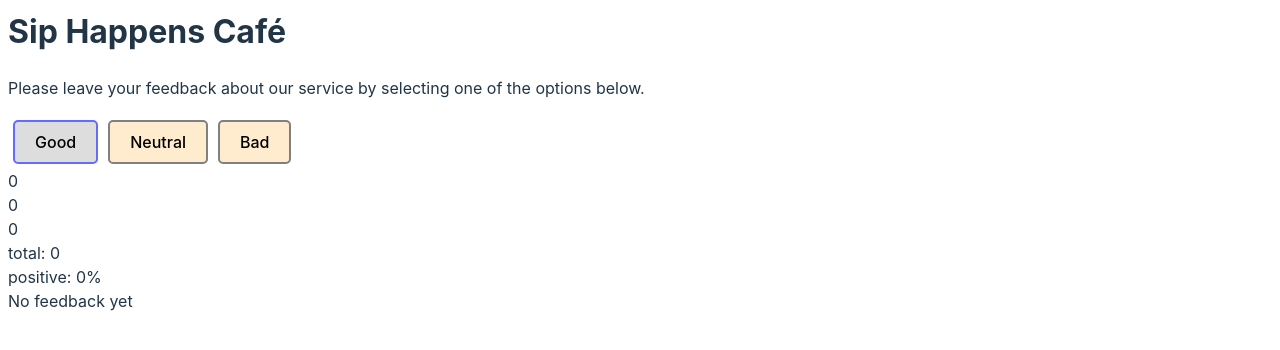
Repository: Evgeniya-Tishakova/goit-react-hw-02
Page: /
The author's editor kept a copy of each file at every save. The page is drawn from the files as they stood at one save, then again after the next save.
The browser window is 1280 px wide. The pictures show the whole page.
The first visible `button` is being pressed.
The project was rebuilt for these pictures with package versions that can differ from the ones it lists, and the page was loaded fresh each time. Also part of the build but not shown: vite.config.js, src/components/Feedback/Feedback.module.css.

Above is the page before, as saved 2025-02-28 16:26:34.

### src/index.css
body {
  font-family: Inter, sans-serif;
  line-height: 1.5;
  font-weight: 400;
}

h1,
h2,
p {
  margin: 0;
}

ul,
ol {
  margin: 0;
  padding: 0;
}

img {
  display: block;
  max-width: 100%;
}

button {
  border-radius: 8px;
  border: 1px solid transparent;
  padding: 0.6em 1.2em;
  font-size: 1em;
  font-weight: 500;
  font-family: inherit;
  background-color: #fff;
  cursor: pointer;
  transition: border-color 0.25s;
}

button:hover {
  border-color: #646cff;
}

button:focus,
button:focus-visible {
  outline: 4px auto -webkit-focus-ring-color;
}

@media (prefers-color-scheme: light) {
  :root {
    color: #213547;
    background-color: #ffffff;
  }

  a:hover {
    color: #747bff;
  }

  button {
    /* background-color: #f9f9f9; */
  }
}

### src/components/App/App.jsx
import Feedback from "../Feedback/Feedback.jsx";
import Options from "../Options/Options.jsx";
import Description from "../Description/Description.jsx";
import { useEffect, useState } from "react";
import Notification from "../Notification/Notification.jsx";

export default function App() {
  const [rewiewType, setRewiewType] = useState({
    good: 0,
    neutral: 0,
    bad: 0,
  });

  let totalFeedback = rewiewType.bad + rewiewType.neutral + rewiewType.good;

  const updateFeedback = (key) => {
    setRewiewType({
      ...rewiewType,
      [key]: rewiewType[key] + 1,
    });
  };

  const reset = () => {
    setRewiewType({
      good: 0,
      neutral: 0,
      bad: 0,
    });
  };
  return (
    <>
      <Description />
      <Options
        updateFeedback={updateFeedback}
        reset={reset}
        isShown={totalFeedback > 0}
      />
      <Feedback rewiewType={rewiewType} totalFeedback={totalFeedback} />
      {totalFeedback <= 0 && <Notification />}
    </>
  );
}

### src/components/Feedback/Feedback.jsx
import css from "./Feedback.module.css";

export default function Feedback({
  rewiewType: { good, neutral, bad },
  totalFeedback,
}) {
  return (
    <div>
      <p className={css.descr}>{good}</p>
      <p className={css.descr}>{neutral}</p>
      <p className={css.descr}>{bad}</p>
      <p className={css.descr}>total: {totalFeedback}</p>
      <p className={css.descr}>
        positive:{" "}
        {((good + neutral) / (totalFeedback ? totalFeedback : 1)) * 100}%
      </p>
    </div>
  );
}

### src/components/Options/Options.jsx
import css from "./Options.module.css";

export default function Options({ updateFeedback, reset, isShown }) {
  return (
    <div>
      <ul className={css.list}></ul>
      {}
      <button className={css.button} onClick={() => updateFeedback("good")}>
        Good
      </button>
      <button className={css.button} onClick={() => updateFeedback("neutral")}>
        Neutral
      </button>
      <button className={css.button} onClick={() => updateFeedback("bad")}>
        Bad
      </button>
      {isShown && (
        <button className={css.button} onClick={() => reset()}>
          Reset
        </button>
      )}
      {}
    </div>
  );
}

### src/components/Description/Description.jsx
import css from "./Description.module.css";

export default function Description() {
  return (
    <div>
      <h1 className={css.title}>Sip Happens Café</h1>
      <p className={css.descr}>
        Please leave your feedback about our service by selecting one of the
        options below.
      </p>
    </div>
  );
}

### src/components/Notification/Notification.jsx
export default function Notification() {
  return (
    <div>
      <p>No feedback yet</p>
    </div>
  );
}

### src/components/Options/Options.module.css
.button {
    border: 2px solid grey;
    padding: 10px 20px;
    background-color: blanchedalmond;
    margin: 5px;
    border-radius: 5px;
    cursor: pointer;
}

button:hover {
    background-color: #ddd;
}

### src/components/Description/Description.module.css
.title {
    margin-bottom: 20px;
}

.descr {
    margin-bottom: 15px;
}

Loaded but not shown: index.html (common file); src/main.jsx (common file)

After the next save:
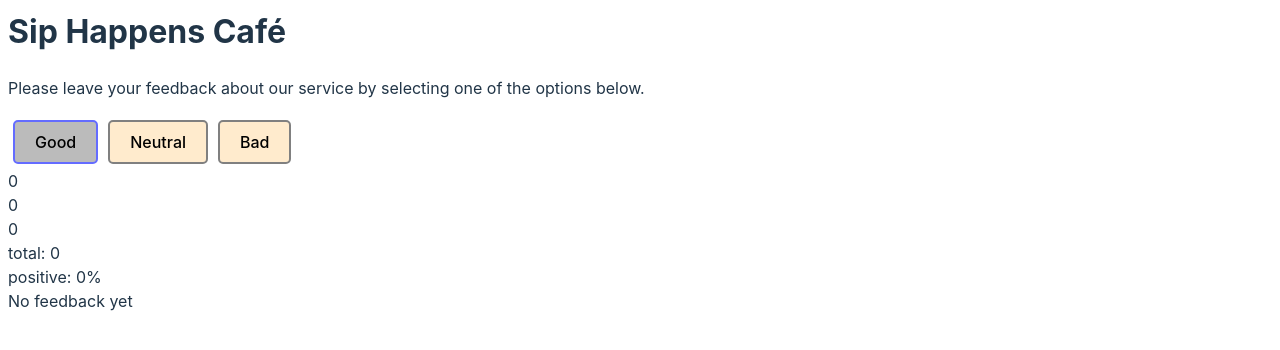
Saved 31 s later.
--- a/src/components/Options/Options.module.css
+++ b/src/components/Options/Options.module.css
@@ -10,3 +10,7 @@
 button:hover {
     background-color: #ddd;
 }
+
+button:active {
+    background-color: #bbb;
+}
